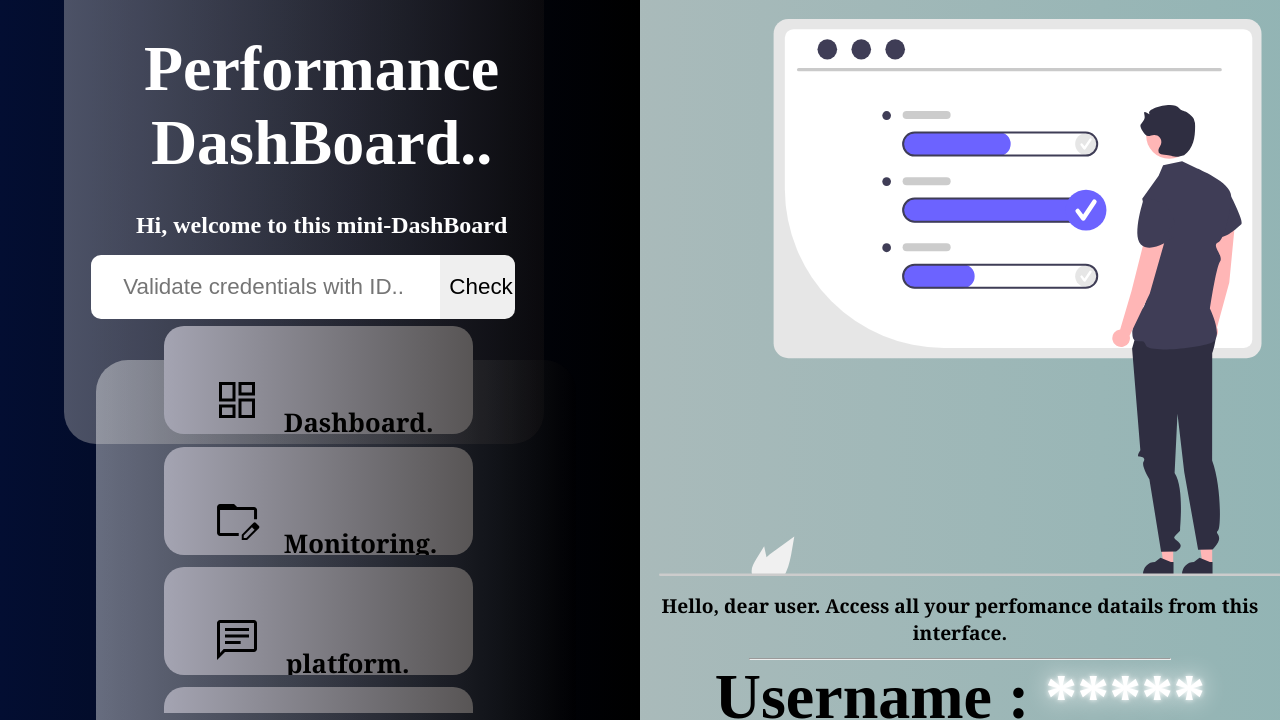
Repository: 3x3cu7er/Shax_001
Page: http://localhost/xlanding/
These files come from the project's save history. The page is drawn as it stood at one moment and after the next save; the edit follows.
The browser window is 1280 px wide. The pictures show the whole page.
An inner scrolling area shows only its first screen. The page is served by the project's application, run on Django 4.2 (manage.py). Other server files are loaded and not shown.

Above is the page before, as saved 2024-01-19 17:25:46.

### _3x3c47er_Sino_sys/template/xlanding.html
{% load static%}
<!DOCTYPE html>
<html lang="en">
  <head>
    <meta charset="UTF-8" />
    <meta name="viewport" content="width=device-width, initial-scale=1.0" />
    <title>...</title>
    <link rel="stylesheet" href="{% static '/css/landing2.css'%}" />
  </head>
  <body>
    <div class="container">
      <section class="transparency">
        <div class="c1"></div>
        <div class="c2"></div>
        <div class="screen">
          <div class="heading">
            <h1><strong>Performance DashBoard..</strong></h1>
            <h2>
              Hi, welcome to this <span class="bright">mini-DashBoard</span>
            </h2>
          </div>
          <div class="search">
            <form action="" method="get">
              <!-- {% csrf_token %} -->
              <input
                type="text"
                placeholder="Validate credentials with ID.."
                name="search"
                id="search"
              />
              <input type="submit" value="Check" name="searchBtn" id="btn" />
            </form>
          </div>
          <div class="fieldset1">
            <div class="field">
              <a href="{% url 'xmain'%}">
                <div class="logo">
                  <img src="/static/css/icons/dashboard.svg" alt="" />
                </div>
                <div class="page">
                  <h4>Dashboard.</h4>
                </div>
              </a>
            </div>

            <div class="field">
              <a href="{% url 'root_parent'%}">
                <div class="logo">
                  <img src="/static/css/icons/repo.svg" alt="" />
                </div>
                <div class="page">
                  <h4>Monitoring.</h4>
                </div>
              </a>
            </div>
            <div class="field">
              <a href="{% url 'xplatform'%}">
                <div class="logo">
                  <img src="/static/css/icons/chat.svg" alt="" />
                </div>
                <div class="page">
                  <h4>platform.</h4>
                </div>
              </a>
            </div>
            <div class="field">
              <a class="settings">
                <div class="logo">
                  <img src="/static/css/icons/events.svg" alt="" />
                </div>
                <div class="page">
                  <h4>Create a comment.</h4>
                </div>
              </a>
            </div>

            <div id="settings">
              <img src="/static/css/icons/x.svg" class="close" alt="" />
              <div class="form">
                <h4>Generate commment.</h4>
                <hr />
                <form action="" method="post">
                  {% csrf_token %}
                  <div class="formItem">
                    <label for="">Content ID :</label>
                    <input type="text" name="comID" placeholder="I D.." />
                  </div>
                  <div class="formItem">
                    <label for="">Label:</label>
                    <input
                      type="text"
                      name="label"
                      placeholder="give label.."
                    />
                  </div>
                  <div class="formItem">
                    <label for="">Main content :</label>
                    <textarea
                      name="message"
                      placeholder="Write to add to content."
                      id="writings"
                    ></textarea>
                  </div>
                  <div class="formItem">
                    <input type="submit" value="Add content" />
                  </div>
                </form>
              </div>
            </div>
          </div>
        </div>
      </section>
      <div class="logoImage">
        <div class="content">
          <div class="logo">
            <img src="/static/css/icons/spy.svg" alt="" />
          </div>
          <div class="detailsInfo">
            <h4>
              Hello, dear user. Access all your perfomance datails from this
              interface.
            </h4>
            <hr />

            <h3 id="pass">Username : <span>{{uname}}</span></h3>
            <hr />
            <h3 id="pass2">Address : {{addr}}</h3>
            <hr />

            <div class="security">
              <label for="" id="refNum">Rreference number: {{refnum}}</label>
            </div>
          </div>
        </div>
      </div>
    </div>
    <script src="{% static '/js/set.js'%}"></script>
  </body>
</html>

### _3x3c47er_Sino_sys/_hadez_/views.py
from django.shortcuts import render

# Create your views here.
# system navs


def x1(request):
    return render(request, "xterminal.html")


# system navs
def x2(request):
    return render(request, "xupdate.html")


# system navs
def x3(request):
    return render(request, "xbase.html")


# system navs
def x4(request):
    return render(request, "xmain.html")


# system navs
def x5(request):
    return render(request, "sys_manage.html")


# system navs
def x6(request):
    return render(request, "root_parent.html")


# system navs
def x7(request):
    return render(request, "dash_content_overview.html")


# system navs
def x8(request):

    # if request.method == 'POST':
    #     uname = '*****'
    #     addr = 'account@mail.com'
    #     refnum = '**********'
    #     commentRef = request.POST.get('comID')
    #     label = request.POST.get('label')
    #     message = request.POST.get('message')
    #     newComment = comments(commentID=commentRef, label=label, details=message)
    #     newComment.save()

    if request.method == 'GET':
        uname = '*****'
        addr = 'account@mail.com'
        refnum = '**********'
        ref = request.GET.get('search')
        # users = userCredentials.objects.all()
        # for userAccount in users:
        #     if str(userAccount.referenceNumber) == str(ref):
        #         print('yh..')
        #         uname = userAccount.uname
        #         addr = userAccount.Address
        #         refnum = userAccount.referenceNumber

    return render(request, 'xlanding.html', {'uname':uname, 'addr':addr, 'refnum':refnum})


# system navs
def x9(request):
    return render(request, "xhome.html")


# system navs
def x10(request):
    return render(request, "board_confg.html")


# system navs
def x11(request):
    return render(request, "temp_access_stud.html")


# system navs
def x12(request):
    return render(request, "xactive.html")


# system navs
def x13(request):
    return render(request, "xplatform.html")


# system navs
def x14(request):
    return render(request, "sys_major.html")

### _3x3c47er_Sino_sys/_3x3c47er_Sino_sys/urls.py
"""_3x3c47er_Sino_sys URL Configuration

The `urlpatterns` list routes URLs to views. For more information please see:
    https://docs.djangoproject.com/en/4.0/topics/http/urls/
Examples:
Function views
    1. Add an import:  from my_app import views
    2. Add a URL to urlpatterns:  path('', views.home, name='home')
Class-based views
    1. Add an import:  from other_app.views import Home
    2. Add a URL to urlpatterns:  path('', Home.as_view(), name='home')
Including another URLconf
    1. Import the include() function: from django.urls import include, path
    2. Add a URL to urlpatterns:  path('blog/', include('blog.urls'))
"""
from django.contrib import admin
from django.urls import path, include

urlpatterns = [
    path('admin/', admin.site.urls),
    path("", include("_hadez_.urls")),
    path("xterminal/", include("_hadez_.urls")),
    path('main/', include('_hadez_.urls')),
    path('update-my-data/', include('_hadez_.urls')),
    path('records/', include('_hadez_.urls')),
    path('menu/', include('_hadez_.urls')),
    path('monitor/', include('_hadez_.urls')),
    path('platform/', include('_hadez_.urls')),
]

### _3x3c47er_Sino_sys/_hadez_/urls.py
from django.urls import path
from . import views
urlpatterns = [
    path("", views.x1, name="xterminal"),
    path("xterminal/", views.x1, name="xterminal"),
    path("xupdate/", views.x2, name="xupdate"),
    path("xbase/", views.x3, name="xbase"),
    path("xmain/", views.x4, name="xmain"),
    path("sys_manage/", views.x5, name="sys_manage"),
    path("root_parent/", views.x6, name="root_parent"),
    path("dash_content_overview/", views.x7, name="dash_content_overview"),
    path("xlanding/", views.x8, name="xlanding"),
    path("xhome/", views.x9, name="xhome"),
    path("board_confg/", views.x10 , name="board_confg"),
    path("temp_access_student/", views.x11 , name="temp_access_student"),
    path("xactive/", views.x12 , name="xactive"),
    path("xplatform/", views.x13 , name="xplatform"),
    path("sys_major/", views.x14 , name="sys_major"),
]

### _3x3c47er_Sino_sys/static/css/landing2.css
* {
  margin: 0;
  padding: 0;
  box-sizing: border-box;
}
body {
  display: flex;
  align-items: center;
  justify-content: center;
  text-align: center;
  height: 100vh;
  width: 100%;
}
.container {
  width: 100%;
  height: 100%;
  align-items: center;
  justify-content: center;
  display: flex;
  overflow: hidden;
  background: linear-gradient(to right, silver, rgba(72, 129, 129, 0.592));
}

a {
  text-decoration: none;
  color: black;
  font-size: 1.4rem;
  font-family: Georgia, "Times New Roman", Times, serif;
}

label {
  font-size: 1.4rem;
  margin-left: 5%;
}
input[type="text"],
input[type="date"],
input[type="email"] {
  width: 80%;
  height: 4rem;
  margin: 2% 0 1rem 15%;
  padding-left: 2rem;
  outline: none;
  border-radius: 10px;
  border: none;
  font-size: 1.4rem;
}

form input[type="submit"] {
  width: 15%;
  height: 4rem;
  margin: 2% 0 1rem 6%;
  padding-left: 0.5rem;
  outline: none;
  border-radius: 10px;
  border: none;
  font-size: 1.4rem;
  text-align: center;
}
fill {
  width: 100%;
  height: 100%;
  margin-top: 8%;
  margin-left: 5%;
  color: white;
  z-index: 10;
}
.description {
  width: 50%;
  height: 100vh;
  overflow: hidden;
  margin-left: 1%;
  padding: 2%;
  text-align: center;
  display: flex;
  flex-direction: column;
}
.transparency {
  width: 50%;
  height: 100%;
  background: linear-gradient(to right, rgba(3, 14, 50), rgba(0, 0, 0));
  backdrop-filter: blur(5rem);
  z-index: 2;
  text-align: center;
  overflow: hidden;
  display: flex;
  align-items: center;
  justify-content: center;
}

.logoImage {
  width: 50%;
  height: 100%;
  text-align: center;
  overflow: hidden;
  display: flex;
  align-items: center;
  justify-content: center;
}
.c1,
.c2 {
  width: 30rem;
  height: 30rem;
  position: absolute;
  border-radius: 2rem;
}
.c1 {
  background: linear-gradient(
    to right,
    rgba(188, 187, 190, 0.4),
    rgba(33, 27, 27, 0.3)
  );
  top: -5%;
  left: 70%;
  animation: top 1s linear infinite;
  transition: 2s ease-in-out;
  -webkit-transition: 2s ease-in-out;
  -moz-transition: 2s ease-in-out;
  -ms-transition: 2s ease-in-out;
  -o-transition: 2s ease-in-out;
}

.c2 {
  background: linear-gradient(
    to right,
    rgba(255, 255, 255, 0.4),
    rgba(0, 0, 0, 0.3)
  );
  top: 50%;
  right: 70%;
  animation: down 1s linear infinite;
}
@keyframes top {
  0% {
    left: 10%;
  }
  45% {
    transform: rotateZ(35deg);
    -webkit-transform: rotateZ(35deg);
    -moz-transform: rotateZ(35deg);
    -ms-transform: rotateZ(35deg);
    -o-transform: rotateZ(35deg);
  }
  60% {
    transform: rotateZ(80deg);
    -webkit-transform: rotateZ(80deg);
    -moz-transform: rotateZ(80deg);
    -ms-transform: rotateZ(80deg);
    -o-transform: rotateZ(80deg);
  }
}

@keyframes down {
  0% {
    right: 10%;
  }
  45% {
    transform: rotateZ(35deg);
    -webkit-transform: rotateZ(35deg);
    -moz-transform: rotateZ(35deg);
    -ms-transform: rotateZ(35deg);
    -o-transform: rotateZ(35deg);
  }
  60% {
    transform: rotateZ(80deg);
    -webkit-transform: rotateZ(80deg);
    -moz-transform: rotateZ(80deg);
    -ms-transform: rotateZ(80deg);
    -o-transform: rotateZ(80deg);
  }
}
.transparency .screen {
  width: 98%;
  height: 98%;
  text-align: center;
  background: transparent;
  padding: 1% 0 1% 0.5%;
  color: white;
  overflow: auto;
  align-items: center;
  z-index: 10;
  justify-content: center;
}

.form {
  width: 90%;
  height: 100%;
  border-radius: 20px;
  margin-left: 5%;
  padding-top: 4%;
  margin-bottom: 6%;
  -webkit-border-radius: 20px;
  -moz-border-radius: 20px;
  -ms-border-radius: 20px;
  -o-border-radius: 20px;
}
.form h4 {
  font-size: 1.6rem;
}

.formItem {
  width: 100%;
  height: 50%;
  display: flex;
  flex-direction: column;
}
.formItem input[type="text"] {
  outline: none;
  border: none;
  width: 77%;
  padding-left: 1rem;
  margin-top: 2%;
  font-size: 1.2rem;
  font-family: Georgia, "Times New Roman", Times, serif;
  height: 6vh;
  margin-left: 13%;
  border-radius: 5px;
  -webkit-border-radius: 5px;
  -moz-border-radius: 5px;
  -ms-border-radius: 5px;
  -o-border-radius: 5px;
}
.formItem input[type="submit"] {
  outline: none;
  border: none;
  width: 77%;
  padding-left: 1rem;
  font-size: 2rem;
  font-family: Georgia, "Times New Roman", Times, serif;
  height: 7vh;
  margin-left: 13%;
  border-radius: 5px;
  -webkit-border-radius: 5px;
  -moz-border-radius: 5px;
  -ms-border-radius: 5px;
  -o-border-radius: 5px;
  margin-top: 5%;
}

.formItem textarea {
  outline: none;
  border: none;
  width: 77%;
  padding-left: 1rem;
  font-size: 1.2rem;
  font-family: Georgia, "Times New Roman", Times, serif;
  height: 20vh;
  margin-left: 13%;
  border-radius: 5px;
  -webkit-border-radius: 5px;
  -moz-border-radius: 5px;
  -ms-border-radius: 5px;
  -o-border-radius: 5px;
  padding-top: 4%;
}
.formItem label {
  margin-top: 2%;
  font-size: 1.25rem;
}

.search {
  width: 80%;
  height: 10%;
  margin-top: 1%;
  margin-left: 5%;
}

form input[type="text"] {
  width: 70%;
  height: 4rem;
  margin: 2% 0 1rem 5%;
  padding-left: 2rem;
  outline: none;
  border-radius: 10px;
  border: none;
  font-size: 1.4rem;
  border-top-right-radius: 0;
  border-bottom-right-radius: 0;
}

form input[type="submit"] {
  width: 15%;
  height: 4rem;
  margin: 2% 0 1rem -1%;
  padding-left: 0.5rem;
  outline: none;
  border-radius: 10px;
  border: none;
  font-size: 1.4rem;
  text-align: center;
  border-top-left-radius: 0;
  border-bottom-left-radius: 0;
}

.fieldset1 {
  width: 99%;
  height: 99%;
  margin-top: 0.2%;
  gap: 0.5%;
  margin-bottom: 15vh;
}
.settings:hover {
  cursor: pointer;
}
.close,
.log-close {
  position: relative;
  left: 44%;
  width: 8%;
  height: 10%;
}
.close:hover,
.log-close:hover {
  cursor: pointer;
}
.field a .logo {
  flex: 2;
  width: 20%;
}
.field a .page {
  width: 15vw;
  height: 7vh;
  position: relative;
  left: 20%;
  margin-top: -8vh;
  padding: 2rem;
  font-size: 1.6rem;
}
.field {
  width: 50%;
  height: 15vh;
  margin-top: 2%;
  border-radius: 20px;
  overflow: hidden;
  background: linear-gradient(to right, rgb(164, 164, 178), rgba(88, 85, 85));
  margin-left: 25%;
  padding: 8% 0 1% 8%;
  -webkit-border-radius: 20px;
  -moz-border-radius: 20px;
  -ms-border-radius: 20px;
  transition: 0.5s ease-in-out;
  transition: 0.5s ease-in-out;
  -o-border-radius: 20px;
  -webkit-transition: 0.5s ease-in-out;
  -moz-transition: 0.5s ease-in-out;
  -ms-transition: 0.5s ease-in-out;
  -o-transition: 0.5s ease-in-out;
  display: flex;
}
.field:hover {
  box-shadow: 5px 2px 2rem rgb(45, 45, 48);
  transform: scale(1.1) translateY(-30px);
  -webkit-transform: scale(1.1) translateY(-30px);
  -moz-transform: scale(1.1) translateY(-30px);
  -ms-transform: scale(1.1) translateY(-30px);
  -o-transform: scale(1.1) translateY(-30px);
  z-index: 4;
}
.field:first-child:hover {
  transform: scale(1.1) translateY(30px);
  -webkit-transform: scale(1.1) translateY(30px);
  -moz-transform: scale(1.1) translateY(30px);
  -ms-transform: scale(1.1) translateY(30px);
  -o-transform: scale(1.1) translateY(30px);
  z-index: 8;
}
.heading h1 {
  font-size: 4em;
  margin: 3% 0 5% 0;
}
.detailsInfo hr {
  width: 70%;
  margin-left: 15%;
}
.detailsInfo h4 {
  font-size: 1.2rem;
  margin: 2% 0 2% 0;
  font-family: Georgia, "Times New Roman", Times, serif;
}

#pass {
  font-size: 4rem;
}

#pass span {
  color: white;
  text-shadow: 0 0 5px, 0 0 25px;
}
#pass2 {
  font-size: 1.6rem;
  margin-top: 5%;
}

.security {
  width: 50%;
  height: 5vh;
  align-items: center;
  display: flex;
  justify-content: center;
  text-align: center;
  background: white;
  margin-top: 3%;
  color: black;
  margin-left: 25%;
  border-radius: 15px;
  -webkit-border-radius: 15px;
  -moz-border-radius: 15px;
  -ms-border-radius: 15px;
  -o-border-radius: 15px;
}
.description .logo img {
  width: 90%;
  height: 55vh;
  z-index: 6;
}

.content {
  width: 100%;
  height: 100%;
  overflow: hidden;
  padding: 3%;
  z-index: 10;
}

::-webkit-scrollbar {
  width: 2px;
}
#settings {
  position: relative;
  width: 80%;
  height: 90vh;
  background: linear-gradient(to right, rgb(164, 164, 178), rgba(88, 85, 85));
  margin: -8% 0 25vh 10%;
  text-align: center;
  border-radius: 30px;
  box-shadow: 2px 5px 3rem black;
  -webkit-border-radius: 30px;
  -moz-border-radius: 30px;
  -ms-border-radius: 30px;
  color: white;
  -o-border-radius: 30px;
  display: none;
}

@media screen and (max-width: 40rem) {
  .c1,
  .c2 {
    animation: none;
    -webkit-animation: none;
    display: none;
  }
  .container {
    width: 100%;
    height: 100%;
    flex-direction: column;
    overflow: hidden;
  }
  .transparency,
  .logoImage {
    width: 100%;
    height: 100%;
  }
  body {
    flex-direction: column;
    width: 100%;
    height: 100%;
  }

  .logo img {
    width: 90%;
    height: 80%;
  }
}

### _3x3c47er_Sino_sys/static/css/icons/dashboard.svg
<svg xmlns="http://www.w3.org/2000/svg" height="48" viewBox="0 -960 960 960" width="48"><path d="M510-570v-270h330v270H510ZM120-450v-390h330v390H120Zm390 330v-390h330v390H510Zm-390 0v-270h330v270H120Zm60-390h210v-270H180v270Zm390 330h210v-270H570v270Zm0-450h210v-150H570v150ZM180-180h210v-150H180v150Zm210-330Zm180-120Zm0 180ZM390-330Z"/></svg>

### _3x3c47er_Sino_sys/static/css/icons/repo.svg
<svg xmlns="http://www.w3.org/2000/svg" height="48" viewBox="0 -960 960 960" width="48"><path d="M141-160q-24 0-42-18t-18-42v-520q0-24 18-42t42-18h280l60 60h340q24 0 42 18t18 42v186h-60v-186H141v460h374v60H141Zm610-203 28 28-164 164v51h51l164-164 28 28L682-80H575v-107l176-176Zm107 107L751-363l61-61q9-9 21-9t21 9l65 65q9 9 9 21t-9 21l-61 61ZM141-680v468-468Z"/></svg>

### _3x3c47er_Sino_sys/static/css/icons/chat.svg
<svg xmlns="http://www.w3.org/2000/svg" height="48" viewBox="0 -960 960 960" width="48"><path d="M240-399h313v-60H240v60Zm0-130h480v-60H240v60Zm0-130h480v-60H240v60ZM80-80v-740q0-24 18-42t42-18h680q24 0 42 18t18 42v520q0 24-18 42t-42 18H240L80-80Zm134-220h606v-520H140v600l74-80Zm-74 0v-520 520Z"/></svg>

### _3x3c47er_Sino_sys/static/css/icons/events.svg
<svg xmlns="http://www.w3.org/2000/svg" height="48" viewBox="0 -960 960 960" width="48"><path d="M640-120q-33 0-56.5-23.5T560-200v-160q0-33 23.5-56.5T640-440h160q33 0 56.5 23.5T880-360v160q0 33-23.5 56.5T800-120H640Zm-20-60h200v-200H620v200ZM80-250v-60h360v60H80Zm560-270q-33 0-56.5-23.5T560-600v-160q0-33 23.5-56.5T640-840h160q33 0 56.5 23.5T880-760v160q0 33-23.5 56.5T800-520H640Zm-20-60h200v-200H620v200ZM80-650v-60h360v60H80Zm640 370Zm0-400Z"/></svg>

### _3x3c47er_Sino_sys/static/css/icons/x.svg
<svg xmlns="http://www.w3.org/2000/svg" width="16" height="16" fill="currentColor" class="bi bi-x" viewBox="0 0 16 16">
  <path d="M4.646 4.646a.5.5 0 0 1 .708 0L8 7.293l2.646-2.647a.5.5 0 0 1 .708.708L8.707 8l2.647 2.646a.5.5 0 0 1-.708.708L8 8.707l-2.646 2.647a.5.5 0 0 1-.708-.708L7.293 8 4.646 5.354a.5.5 0 0 1 0-.708z"/>
</svg>

### _3x3c47er_Sino_sys/static/js/set.js
setting = document.querySelector(".settings");
close = document.querySelector(".close");
subSet = document.querySelector("#settings");

changer = 0;
setting.addEventListener("click", function (e) {
  show = ["none", "block"];
  //   changer += 1;
  //   if (changer >= show.length) {
  //     changer = 0;
  //   }
  subSet.style.display = show[1];
});

close.addEventListener("click", function (e) {
  show = ["none", "block"];
  subSet.style.display = show[0];
});

Loaded but not shown: _3x3c47er_Sino_sys/static/css/icons/spy.svg (1 lines, source omitted)

After the next save:
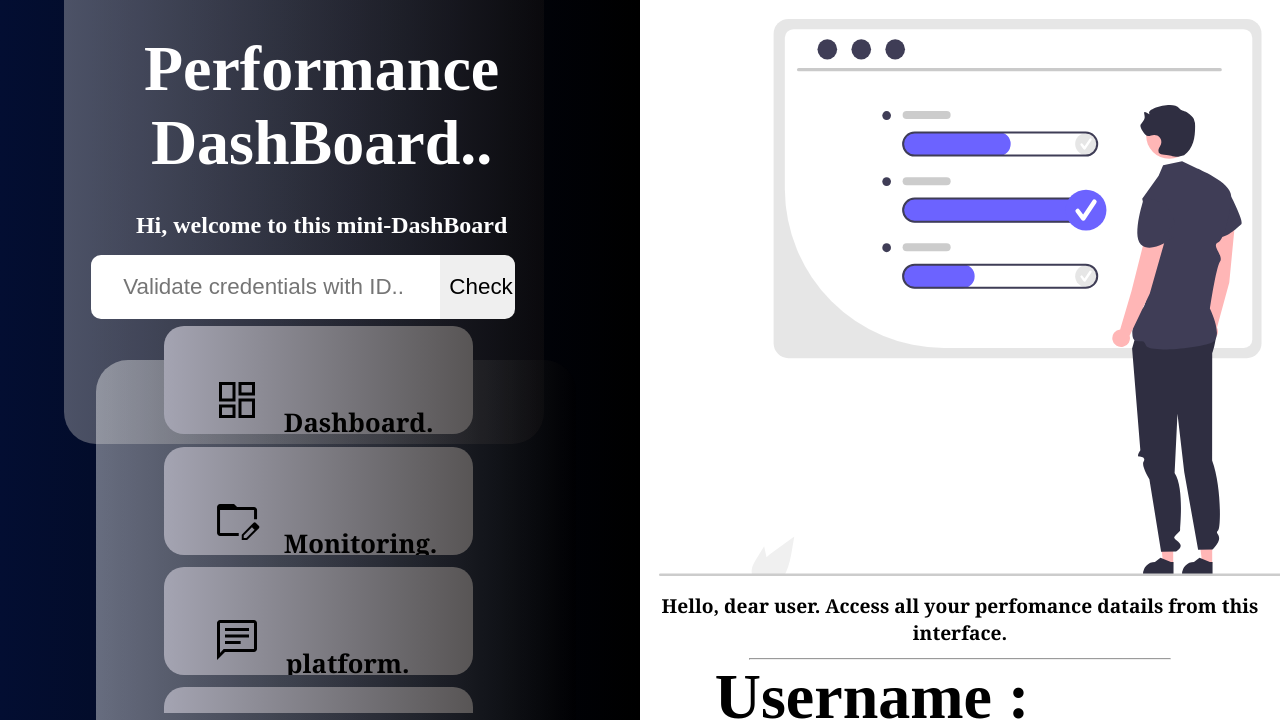
Saved 79 s later.
--- a/_3x3c47er_Sino_sys/static/css/landing2.css
+++ b/_3x3c47er_Sino_sys/static/css/landing2.css
@@ -18,7 +18,7 @@ body {
   justify-content: center;
   display: flex;
   overflow: hidden;
-  background: linear-gradient(to right, silver, rgba(72, 129, 129, 0.592));
+  background: linear-gradient(to right, rgba(0, 0, 0, 0.443));
 }
 
 a {
@@ -56,7 +56,7 @@ form input[type="submit"] {
   font-size: 1.4rem;
   text-align: center;
 }
-fill {
+.fill {
   width: 100%;
   height: 100%;
   margin-top: 8%;
